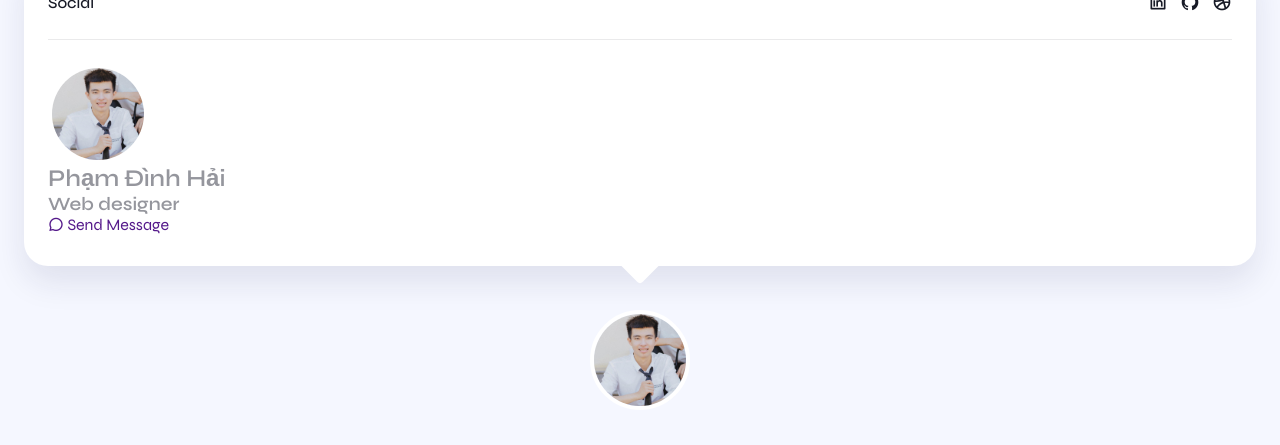
Repository: dinhhaidh/Profile
Page: index.html
The author's editor kept a copy of each file at every save. The page is drawn from the files as they stood at one save, then again after the next save.
The browser window is 1280 px wide. The pictures show the whole page.
Some web libraries are served in a nearby version.

Above is the page before, as saved 2024-02-29 09:19:34.

### index.html
<!DOCTYPE html>
<html lang="en">
<head>
    <meta charset="UTF-8">
    <meta name="viewport" content="width=device-width, initial-scale=1.0">

    <!--=============== REMIXICONS ===============-->
    <link rel="stylesheet" href="https://cdnjs.cloudflare.com/ajax/libs/remixicon/4.0.1/remixicon.css">

    <!--=============== CSS ===============-->
    <link rel="stylesheet" href="style.css">

    <title>Profile card with tooltip</title>
</head>
<body>
    <div class="container">
        <article class="card__article">
            <div class="card__profile">
                <img src="./img/img.jpg" alt="image" class="card__profile-img">
            </div>

            <div class="card__tooltip">
                <div class="card__content">
                    <header class="card__header">
                        <span>Social</span>

                        <div class="card__social">
                            <a href="https://www.linkedin.com" target="_blank">
                                <i class="ri-linkedin-box-line"></i>
                            </a>

                            <a href="https://www.github.com" target="_blank">
                                <i class="ri-github-fill"></i>
                            </a>

                            <a href="https://www.dribbble.com" target="_blank">
                                <i class="ri-dribbble-line"></i>
                            </a>
                        </div>
                    </header>

                    <div class="card__data">
                        <div class="card__image">
                            <div class="card__mask">
                                <img src="./img/img.jpg" alt="image" class="card__img">
                            </div>

                            <span class="card__stutus">

                            </span>
                        </div>
                        <h2 class="card__name">Phạm Đình Hải</h2>
                        <h3 class="card__profession">Web designer</h3>

                        <a href="" class="card__button">
                            <i class="ri-chat-3-line"></i> <span>Send Message</span>
                        </a>
                    </div>
                </div>
            </div>
        </article>
    </div>
</body>
</html>

### style.css
/*=============== GOOGLE FONTS ===============*/
@import url("https://fonts.googleapis.com/css2?family=Syne:wght@400;500;600&display=swap");

/*=============== VARIABLES CSS ===============*/
:root {
    /*========== Colors ==========*/
    /*Color mode HSL(hue, saturation, lightness)*/
    --first-color: hsl(230, 100%, 50%);
    --second-color: hsl(150, 100%, 38%);
    --title-color: hsl(230, 24%, 12%);
    --text-color: hsl(230, 4%, 60%);
    --gray-color: hsl(230, 24%, 88%);
    --border-color: hsl(230, 4%, 92%);
    --body-color: hsl(230, 100%, 98%);
    --container-color: hsl(0, 0%, 100%);

    /*========== Font and typography ==========*/
    /*.5rem = 8px | 1rem = 16px ...*/
    --body-font: "Syne", sans-serif;
    --h2-font-size: 1.25rem;
    --normal-font-size: 1rem;
}

/*=============== BASE ===============*/
* {
    box-sizing: border-box;
    padding: 0;
    margin: 0;
}

body {
    font-family: var(--body-font);
    font-size: var(--normal-font-size);
    background-color: var(--body-color);
    color: var(--text-color);
}

a {
    text-decoration: none;
}

img {
    display: block;
    max-width: 100%;
    height: auto;
}

/*=============== CARD ===============*/
.container {
    height: 100vh;
    display: grid;
    place-items: center;
    margin-inline: 1.5rem;
    padding-block: 7rem;
}

.card__article {
    position: relative;
    align-items: flex-end;
    display: flex;
    justify-content: center;
}

.card__profile,
.card__mask {
    width: 100px;
    height: 100px;
    background-color: var(--gray-color);
    border-radius: 50%;
    overflow: hidden;
    display: flex;
    align-items: flex-end;
    justify-content: center;
    border: 4px solid var(--container-color);
    z-index: 5;
}

.card__profile img,
.card__mask img {
    width: 95px;
}

.card__tooltip {
    position: absolute;
    bottom: 4rem;
    padding-bottom: 5rem;
    /* transition: opacity .4s, bottom .4s cubic-bezier(.6, -.5, .3, 1.5);
    pointer-events: none;
    opacity: 0; */
}

.card__content {
    position: relative;
    width: calc(100vw - 3rem);
    background-color: var(--container-color);
    box-shadow: 0 16px 32px hsla(230, 50%, 20%, .1);
    padding: 2rem 1.5rem;
    border-radius: 1.5rem;
}

.card__content::after {
    content: "";
    width: 32px;
    height: 32px;
    background-color: var(--container-color);
    position: absolute;
    left: 0;
    right: 0;
    bottom: -.75rem;
    margin-inline: auto;
    border-radius: .25rem;
    rotate: 45deg;
}

.card__header {
    display: flex;
    justify-content: space-between;
    align-items: center;
    border-bottom: 1px solid var(--border-color);
    padding-bottom: 1.5rem;
    margin-bottom: 1.5rem;
}
.card__header span{
    color: var(--title-color);
    font-weight: 500;
}

.card__social {
    display: flex;
    column-gap: .75rem;
}

.card__social a{
    font-size: 1.25rem;
    color: var(--title-color);
}

.card__data {}

.card__image {}

.card__mask {}

.card__img {}

.card__stutus {}

.card__name {}

.card__profession {}

.card__button {}

.ri-chat-3-line {}

/* Scale profile image */


/* Show tooltip card */


/*=============== BREAKPOINTS ===============*/
/* For medium devices */

After the next save:
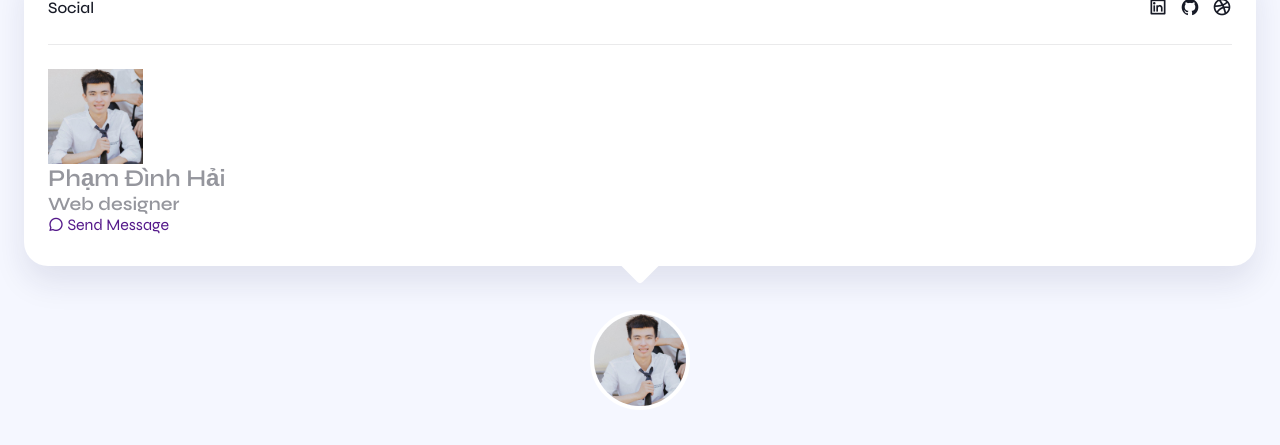
Saved 12 s later.
--- a/style.css
+++ b/style.css
@@ -61,8 +61,7 @@
     justify-content: center;
 }
 
-.card__profile,
-.card__mask {
+.card__profile {
     width: 100px;
     height: 100px;
     background-color: var(--gray-color);

After the save that followed:
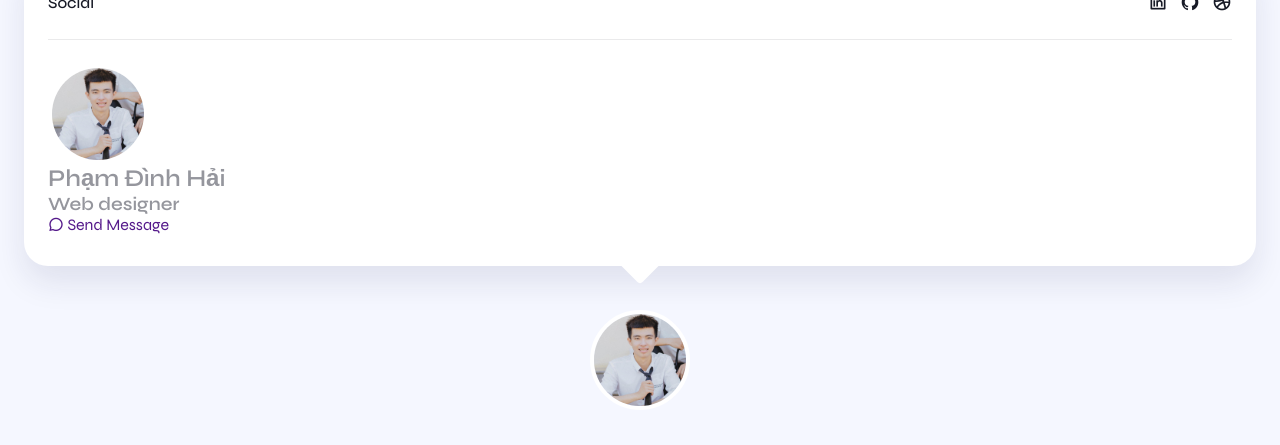
Saved 5 s later.
--- a/style.css
+++ b/style.css
@@ -61,7 +61,8 @@
     justify-content: center;
 }
 
-.card__profile {
+.card__profile,
+.card__mask {
     width: 100px;
     height: 100px;
     background-color: var(--gray-color);
